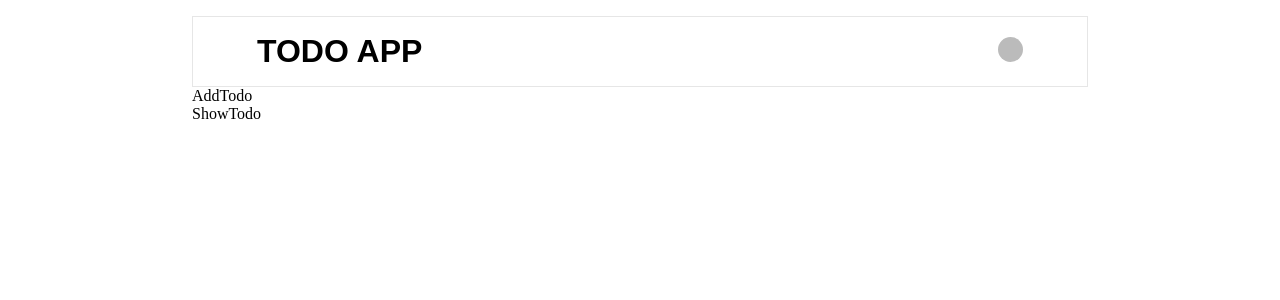
Repository: michalmilek/TodoApp
Page: /
The author's editor kept a copy of each file at every save. The page is drawn from the files as they stood at one save, then again after the next save.
The browser window is 1280 px wide. The pictures show the whole page.
Some web fonts or font styles are not loaded; a fallback is used. The project was rebuilt for these pictures with package versions that can differ from the ones it lists, and the page was loaded fresh each time. Also part of the build but not shown: vite.config.js.

Above is the page before, as saved 2023-02-01 13:19:00.

After the next save:
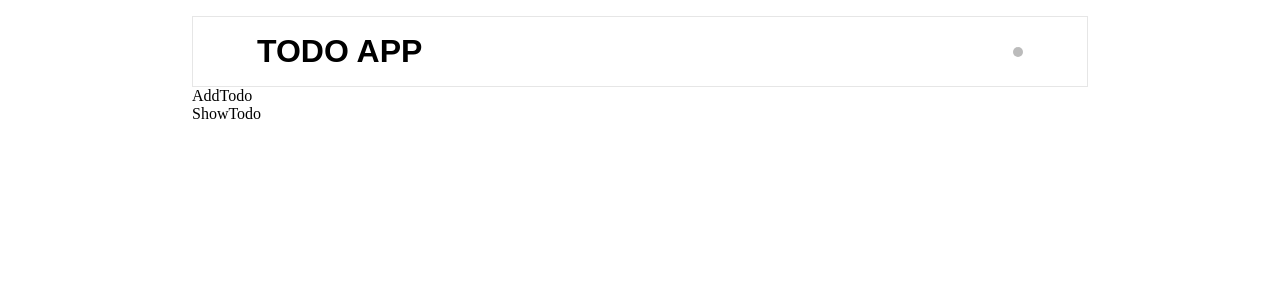
Saved 6 s later.
--- a/src/App.css
+++ b/src/App.css
@@ -13,8 +13,8 @@ header{
   }
 
   .light{
-  height: 25px;
-  width: 25px;
+  height: 10px;
+  width: 10px;
   background-color: #bbb;
   border-radius: 50%;
   display: inline-block;
